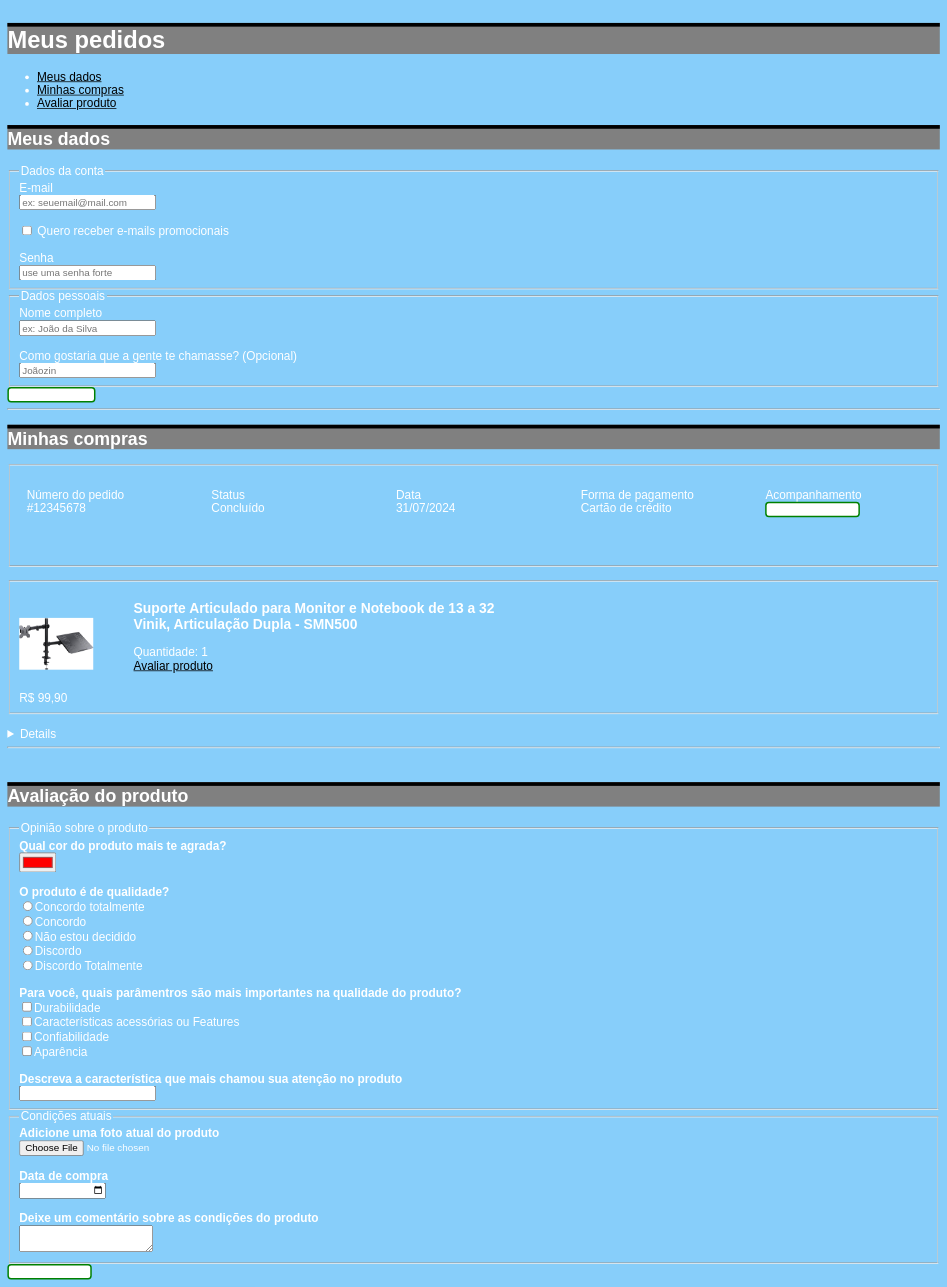
Repository: claudemir-camargo/site-compras
Page: index.html
These files come from the project's save history. The page is drawn as it stood at one moment and after the next save; the edit follows.
The browser window is 1280 px wide. The pictures show the whole page, at 74% of full size.

Above is the page before, as saved 2024-03-10 01:11:25.

### index.html
<!DOCTYPE html>
<html lang="en">

<head>
    <meta charset="UTF-8">
    <meta name="viewport" content="width=device-width, initial-scale=1.0">
    <link rel="stylesheet" type="text/css" href="css/style.css" />
    <title>Site de Compras</title>
</head>

<body>
    <h1>Meus pedidos</h1>
    <ul>
        <li><a href="#meus-dados">Meus dados</a></li>
        <li><a href="#minhas-compras">Minhas compras</a></li>
        <li><a href="#avaliacao-produto">Avaliar produto</a></li>
    </ul>
    <h2 id="meus-dados">Meus dados</h2>
    <!-- Conta -->
    <fieldset>
        <legend>Dados da conta</legend>
        <form>
            <label>E-mail</label><br>
            <input type="email" id="email" name="email" placeholder="ex: seuemail@mail.com"><br><br>
            <input type="checkbox">
            <label>Quero receber e-mails promocionais</label><br><br>
            <label>Senha</label><br>
            <input type="password" placeholder="use uma senha forte">
        </form>
    </fieldset>
    <!-- Pessoais -->
    <fieldset>
        <legend>Dados pessoais</legend>
        <form>
            <label>Nome completo</label><br>
            <input type="text" placeholder="ex: João da Silva"><br><br>
            <label>Como gostaria que a gente te chamasse? (Opcional) </label><br>
            <input type="text" placeholder="Joãozin">
        </form>
    </fieldset>
    <button type="button">Salvar alterações</button>
    <hr>
    <!-- Minhas compras -->
    <h2 id="minhas-compras">Minhas compras</h2>
    <fieldset>
        <div class="container">
            <div id="div1">
                <p>Número do pedido<br>#12345678</p>
            </div>
            <div id="div2">
                <p>Status<br>Concluído</p>
            </div>
            <div id="div3">
                <p>Data<br>31/07/2024</p>
            </div>
            <div id="div4">
                <p>Forma de pagamento<br>Cartão de crédito</p>
            </div>
            <div id="div5">
                <p>Acompanhamento<br><a href="#rastreioModal"><button>Rastreio detalhado</button></a></p>
            </div>
        </div>
    </fieldset>
    <div id="rastreioModal" class="modal">
        <h2>Rastreio detalhado</h2>
        <p>Seu pedido foi entregue com sucesso!<br>
            Entregue por: GFL<br>
            Código de rasteeio: 123456789<br>
            Entregue em: 31/07/2024<br>
        </p>
        <a href="#">Fechar</a>
    </div>

    <!-- Produto -->
    <br>
    <fieldset>
        <div class="container1">
            <div class="imagem"><img src="img/suporte.jpg" alt="Suporte"></div>
        <div class="produto">
            <h3>
                <p>Suporte Articulado para Monitor e Notebook de 13 a 32 Vinik,
                    Articulação Dupla - SMN500</p>
            </h3>
            Quantidade: 1<br>
            <a href="#avaliacao-produto">Avaliar produto</a><br>
        </div>
        <div class="preco">R$ 99,90</div>
        </div>
    </fieldset>
    <br>
    <details tag="Detalhes de Envio e Pagamento">
        <p></p>
        <strong>Endereço de entrega</strong><br>
        Avenida Estelita Falcão<br>
        Número 12, Centro<br>
        CEP 48170-970 - Itapetininga/São Paulo
        <br><br>
        <strong>Forma de Pagamento</strong><br>
        Cartão de crédito<br>
        Master Card **** **** **** 1234<br>
        Titular: Claudemir Camargo
        <br><br>
        <strong>Frete</strong>
        R$ 15,50<br>
        Enviado por GFL<br>
        Entregue
    </details>
    <hr>
    <br>
    <form>
        <h2 id="avaliacao-produto">Avaliação do produto</h2>
        <fieldset>
            <legend>Opinião sobre o produto</legend>
            <label><strong>Qual cor do produto mais te agrada?</strong></label><br>
            <input type="color" value="#ff0000"><br><br>
            <label><strong>O produto é de qualidade?</strong></label><br>
            <input type="radio" name="qualidade"><label>Concordo totalmente</label><br>
            <input type="radio" name="qualidade"><label>Concordo</label><br>
            <input type="radio" name="qualidade"><label>Não estou decidido</label><br>
            <input type="radio" name="qualidade"><label></label>Discordo</label><br>
            <input type="radio" name="qualidade"><label></label>Discordo Totalmente</label>
            <br><br>
            <label><strong>Para você, quais parâmentros são mais importantes na qualidade do
                    produto?</strong></label><br>
            <input type="checkbox"><label>Durabilidade</label><br>
            <input type="checkbox"><label>Características acessórias ou Features</label><br>
            <input type="checkbox"><label>Confiabilidade</label><br>
            <input type="checkbox"><label>Aparência</label>
            <br><br>
            <label><strong>Descreva a característica que mais chamou sua atenção no produto</strong></label><br>
            <input list="browsers" name="browser" id="browser">
            <datalist id="browsers">
                <option value="Cor">
                <option value="Tamanho">
                <option value="Peso">
                <option value="Material">
            </datalist>
        </fieldset>
        <fieldset>
            <legend>Condições atuais</legend>
            <label><strong>Adicione uma foto atual do produto</strong></label><br>
            <input type="file">
            <br><br>
            <label><strong>Data de compra</strong></label><br>
            <input type="date">
            <br><br>
            <label><strong>Deixe um comentário sobre as condições do produto</strong></label><br>
            <textarea name="comentario"></textarea>
        </fieldset>
        <button type="button">Enviar avaliação</button>
    </form>
</body>

</html>

### css/style.css
* {
    font-family: Arial, Helvetica, sans-serif;
    color: white;
}

a {
    font-family: Arial, Helvetica, sans-serif;
    color: black;
}

h1, h2 {
    border-top: 5px solid black;
    background-color: gray;
}

img {
    height: 70px;
    width: 100px;
}

body{
    background-color: lightskyblue;
    margin: 5px;
    padding: 5px;
}

button {
    background-color:white;
    border: 2px solid green;
    border-radius: 5px;

}

.container {
    display: flex;
    gap: 20px;
}

#div1, #div2, #div3, #div4, #div5 {
    flex: 1;
    width: 100px;
    height: 100px;
    display: inline-block;
    padding: 10px;
}

.container1 {
    display: inline-block;
    /*gap: 33px;*/
}

#imagem, #produto, #preco {
    flex: 1;
    display: inline;
    padding: 10px;
}

.imagem {
    width: 150px;
    height: 100px;
    display: inline-block;
}

.produto {
    width: 500px;
    height: 100px;
    display: inline-block;
}

.modal {
    display: none;
    position: fixed;
    top: 50%;
    left: 50%;
    transform: translate(-50%, -50%);
    background-color: #f9f9f9;
    padding: 20px;
    border: 1px solid #ccc;
    box-shadow: 0 2px 10px rgba(0, 0, 0, 0.1);
    z-index: 1000;
}

.modal:target {
    display: block;
}

After the next save:
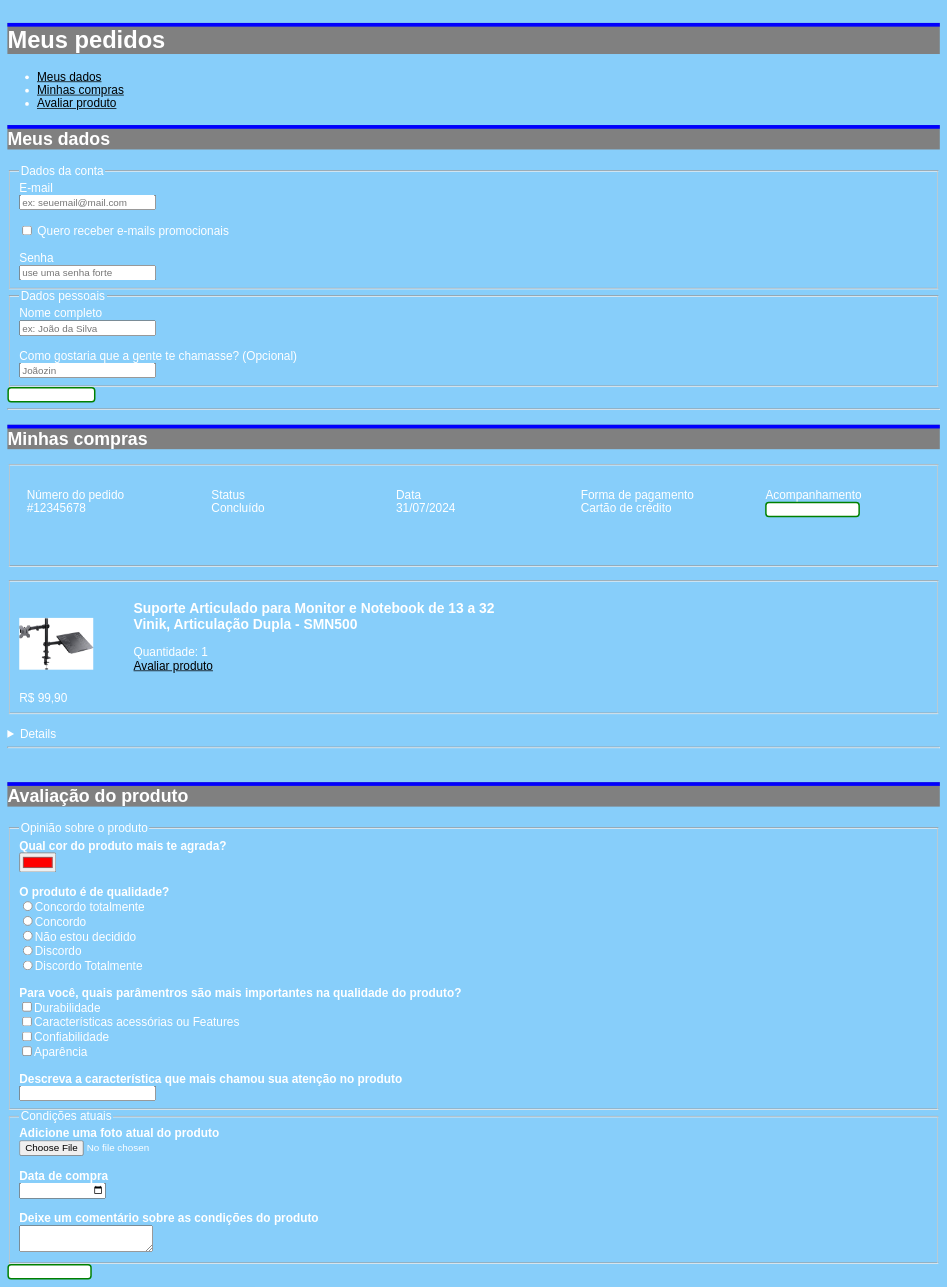
Saved 42 s later.
--- a/css/style.css
+++ b/css/style.css
@@ -9,7 +9,7 @@ a {
 }
 
 h1, h2 {
-    border-top: 5px solid black;
+    border-top: 5px solid blue;
     background-color: gray;
 }
 
